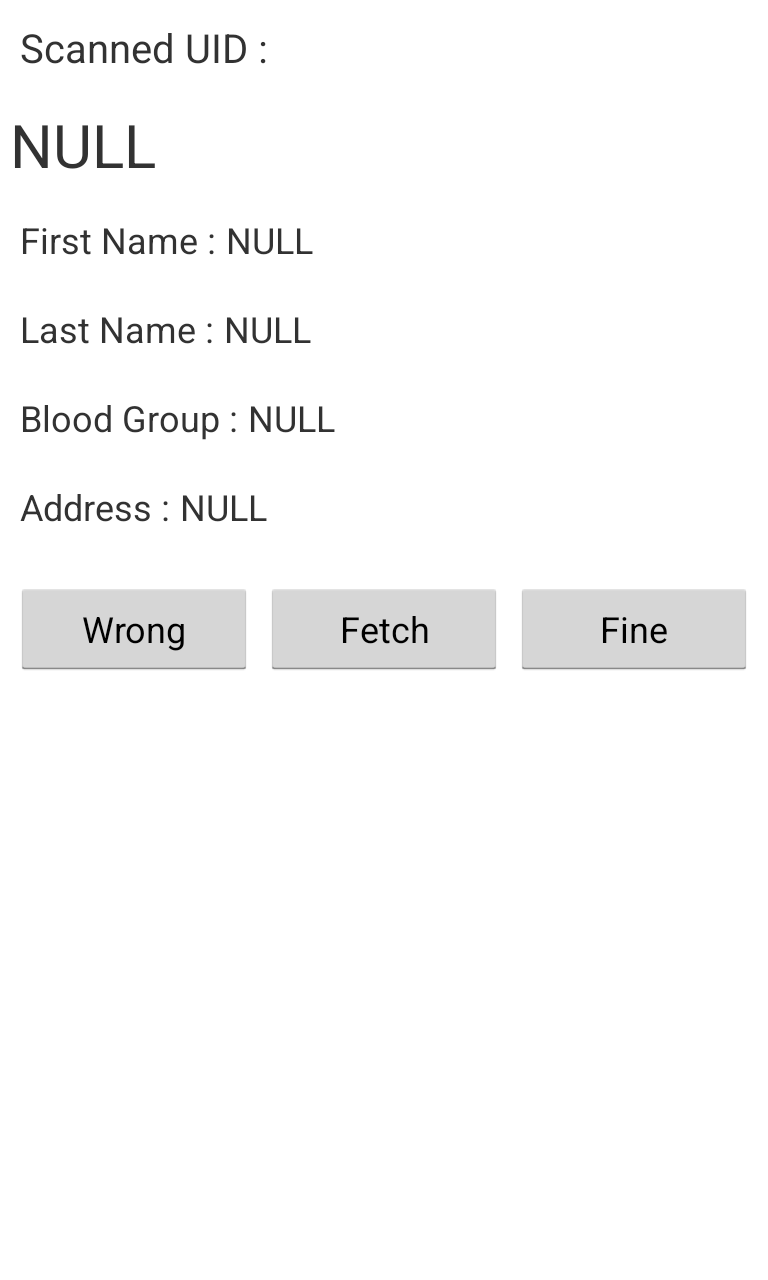
Repository: LennoxAlexion/UID
Layout: Android App/Uid-Project/res/layout/activity_qr_result_success.xml
The author's editor kept a copy of each file at every save. The layout is drawn from the files as they stood at one save, then again after the next save.
It is drawn on a 768 x 1280 px phone screen (xhdpi) without system bars, with theme AppTheme; the app's code is not run.

Above is the layout before, as saved 2015-03-29 09:27:06.

### Android App/Uid-Project/res/layout/activity_qr_result_success.xml
<?xml version="1.0" encoding="utf-8"?>
<LinearLayout xmlns:android="http://schemas.android.com/apk/res/android"
    android:layout_width="match_parent"
    android:layout_height="match_parent"
    android:orientation="vertical"
>

    <TextView
        android:layout_width="wrap_content"
        android:layout_height="wrap_content"
        android:text="Scanned UID : "
        android:layout_margin="10dp"
        android:textSize="20dp" />

    <TextView
        android:id="@+id/TextView_ScannedCode"
        android:layout_width="wrap_content"
        android:layout_height="wrap_content"
        android:text="NULL"
        android:layout_margin="5dp"
        android:textSize="30dp" />


    <LinearLayout
        android:layout_width="fill_parent"
        android:layout_height="wrap_content"
        android:layout_margin="5dp"
        android:orientation="horizontal"
        android:padding="5dp" >

        <TextView
            android:layout_width="wrap_content"
            android:layout_height="wrap_content"
            android:text="First Name :"
            android:textSize="18dp" />

        <TextView
            android:id="@+id/TextView_qr_result_FirstName"
            android:layout_width="wrap_content"
            android:layout_height="wrap_content"
            android:layout_marginLeft="5dp"
            android:text="NULL"
            android:textSize="18dp" />
    </LinearLayout>

    <LinearLayout
        android:layout_width="fill_parent"
        android:layout_height="wrap_content"
        android:layout_margin="5dp"
        android:orientation="horizontal"
        android:padding="5dp" >

        <TextView
            android:layout_width="wrap_content"
            android:layout_height="wrap_content"
            android:text="Last Name :"
            android:textSize="18dp" />

        <TextView
            android:id="@+id/TextView_qr_result_LastName"
            android:layout_width="wrap_content"
            android:layout_height="wrap_content"
            android:layout_marginLeft="5dp"
            android:text="NULL"
            android:textSize="18dp" />
    </LinearLayout>

    <LinearLayout
        android:layout_width="fill_parent"
        android:layout_height="wrap_content"
        android:layout_margin="5dp"
        android:orientation="horizontal"
        android:padding="5dp" >

        <TextView
            android:layout_width="wrap_content"
            android:layout_height="wrap_content"
            android:text="Blood Group :"
            android:textSize="18dp" />

        <TextView
            android:id="@+id/TextView_qr_result_BloodGroup"
            android:layout_width="wrap_content"
            android:layout_height="wrap_content"
            android:layout_marginLeft="5dp"
            android:text="NULL"
            android:textSize="18dp" />
    </LinearLayout>

    <LinearLayout
        android:layout_width="fill_parent"
        android:layout_height="wrap_content"
        android:layout_margin="5dp"
        android:orientation="horizontal"
        android:padding="5dp" >

        <TextView
            android:layout_width="wrap_content"
            android:layout_height="wrap_content"
            android:text="Address :"
            android:textSize="18dp" />

        <TextView
            android:id="@+id/TextView_qr_result_Address"
            android:layout_width="wrap_content"
            android:layout_height="wrap_content"
            android:layout_marginLeft="5dp"
            android:text="NULL"
            android:textSize="18dp" />
    </LinearLayout>
    <LinearLayout
        android:layout_width="fill_parent"
        android:layout_height="wrap_content"
        android:layout_gravity="center_horizontal"
        android:layout_margin="5dp"
        android:gravity="center"
        android:orientation="horizontal"
        android:padding="5dp" >

        <Button
            android:id="@+id/Button_qr_result_WrongQR"
            android:layout_width="120dp"
            android:layout_height="wrap_content"


            android:text="Wrong" />


        <Button
            android:id="@+id/Button_qr_result_Fetch"
            android:layout_width="120dp"
            android:layout_height="wrap_content"
            android:layout_margin="5dp"

            android:text="Fetch" />

        <Button
            android:id="@+id/Button_qr_result_ImposeFine"
            android:layout_width="120dp"
            android:layout_height="wrap_content"

            android:text="Fine" />

    </LinearLayout>



</LinearLayout>

Loaded but not shown: Android App/Uid-Project/res/values/styles.xml (common file); Android App/Uid-Project/res/values-v11/styles.xml (common file); Android App/Uid-Project/res/values-v14/styles.xml (common file); Android App/Uid-Project/res/values-v21/styles.xml (common file)

After the next save:
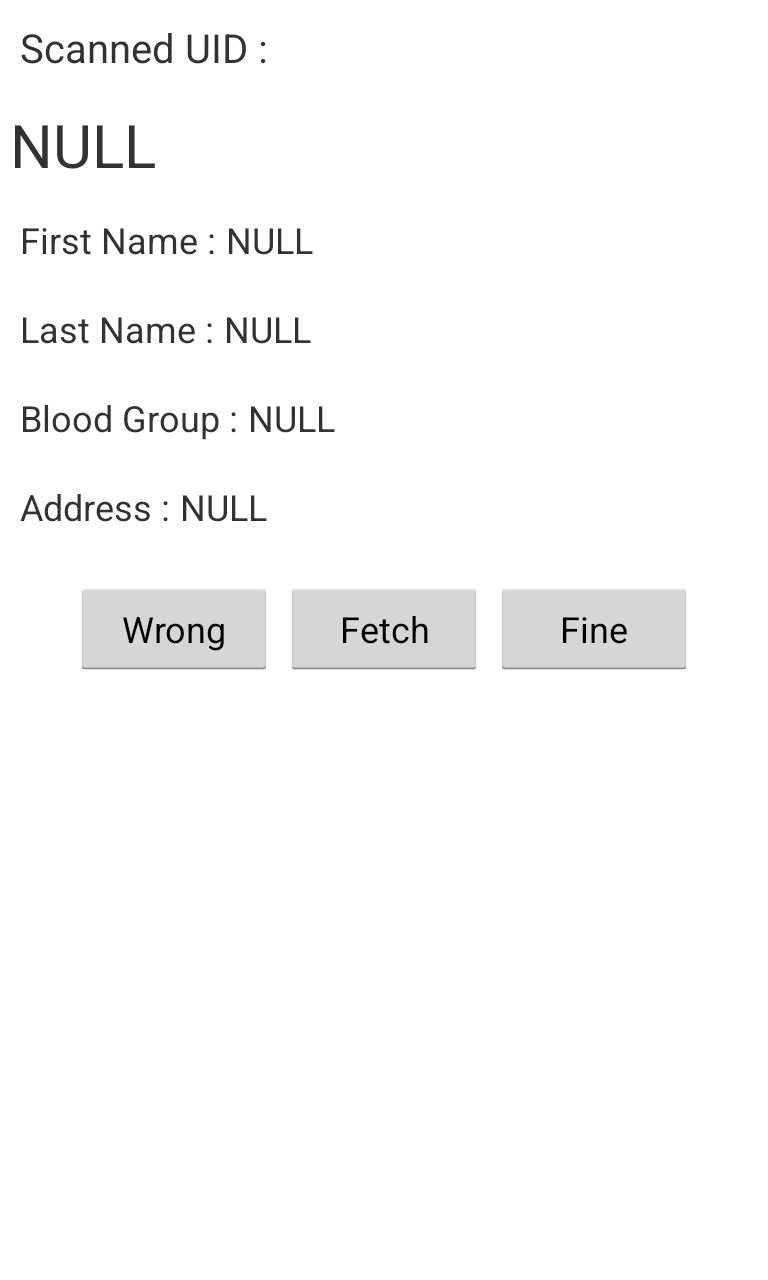
Saved 15 s later.
--- a/Android App/Uid-Project/res/layout/activity_qr_result_success.xml
+++ b/Android App/Uid-Project/res/layout/activity_qr_result_success.xml
@@ -119,7 +119,7 @@
 
         <Button
             android:id="@+id/Button_qr_result_WrongQR"
-            android:layout_width="120dp"
+            android:layout_width="100dp"
             android:layout_height="wrap_content"
 
 
@@ -128,7 +128,7 @@
 
         <Button
             android:id="@+id/Button_qr_result_Fetch"
-            android:layout_width="120dp"
+            android:layout_width="100dp"
             android:layout_height="wrap_content"
             android:layout_margin="5dp"
 
@@ -136,7 +136,7 @@
 
         <Button
             android:id="@+id/Button_qr_result_ImposeFine"
-            android:layout_width="120dp"
+            android:layout_width="100dp"
             android:layout_height="wrap_content"
 
             android:text="Fine" />
